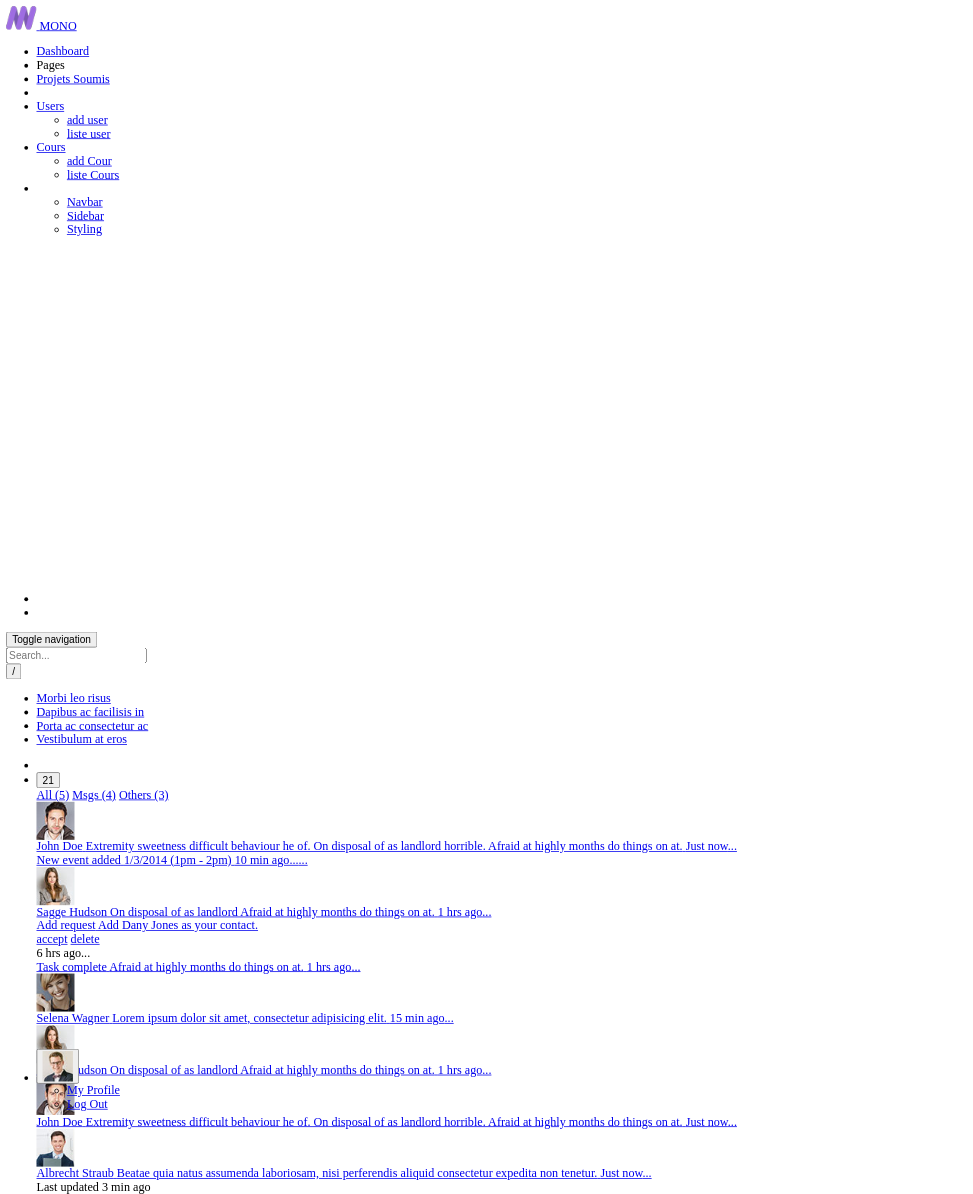
Repository: Grace-TGK/SchoolDay_Django_project
Page: templates/_partiels/navAdministrateur.html
An editor plug-in stored every save of this project. The page is shown before and after the next save, followed by the edit.
The browser window is 1280 px wide. The pictures show the whole page, at 76% of full size.
The template is drawn by Django 4.2. The application's start-up code is not run. The template is opened directly, without the code that normally fills it, so the values that code supplies are empty.

Above is the page before, as saved 2023-08-22 20:16:35.
Console error: ReferenceError: NProgress is not defined

After the next save:
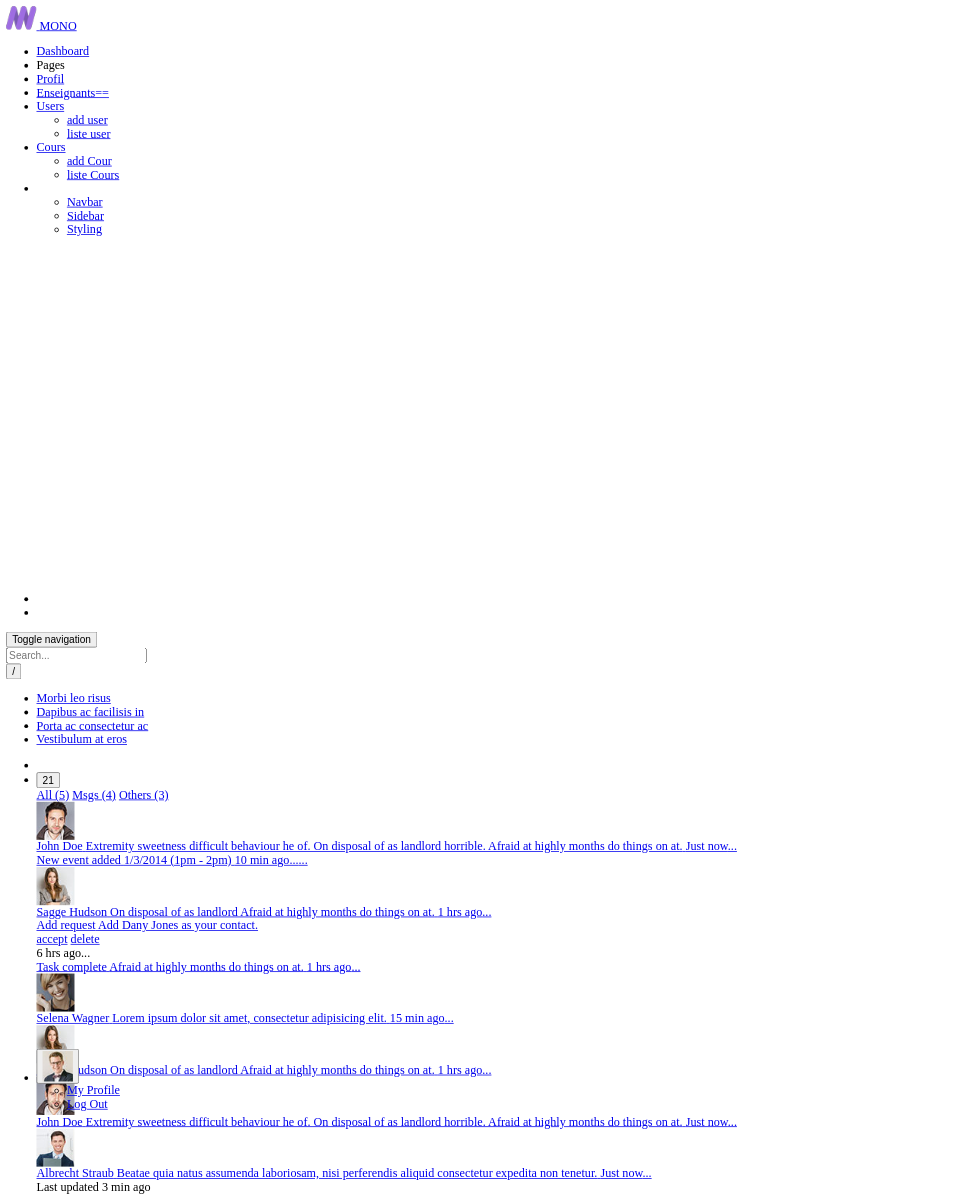
Saved 48 s later.
--- a/templates/_partiels/navAdministrateur.html
+++ b/templates/_partiels/navAdministrateur.html
@@ -47,14 +47,14 @@
             <li>
               <a class="sidenav-item-link" href="{% url 'liste_etudiant' %}">
                 <i class="mdi mdi-wechat"></i>
-                <span class="nav-text">Projets Soumis</span>
+                <span class="nav-text">Profil</span>
               </a>
             </li>
 
             <li>
-              <a class="sidenav-item-link" href="{% url 'soumis' %}">
+              <a class="sidenav-item-link" href="{% url 'liste_enseignant' %}">
                 <i class="mdi mdi-account"></i>
-                <span class="nav-text"></span>
+                <span class="nav-text">Enseignants==</span>
               </a>
             </li>
 
